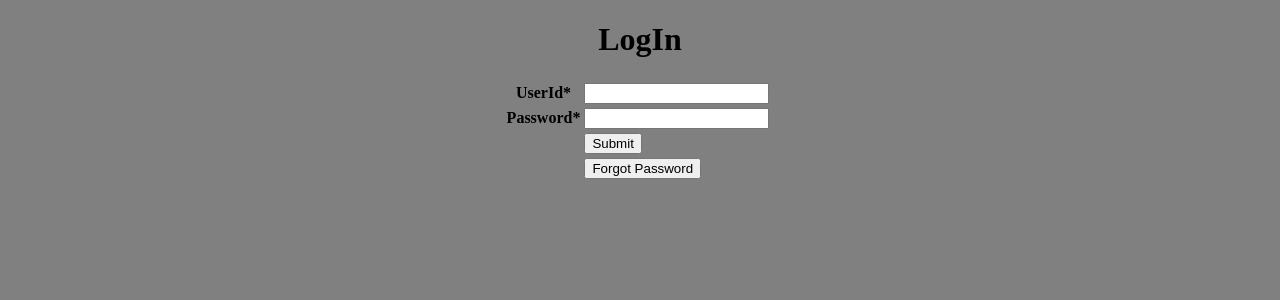
Repository: raviraj226/AdvanceJava
Page: http://localhost/Ravi_Maven/LoginWeb.jsp
An editor plug-in stored every save of this project. The page is shown before and after the next save, followed by the edit.
The browser window is 1280 px wide. The pictures show the whole page.
The page is served by Tomcat 9.

Above is the page before, as saved 2022-03-16 07:24:40.

After the next save:
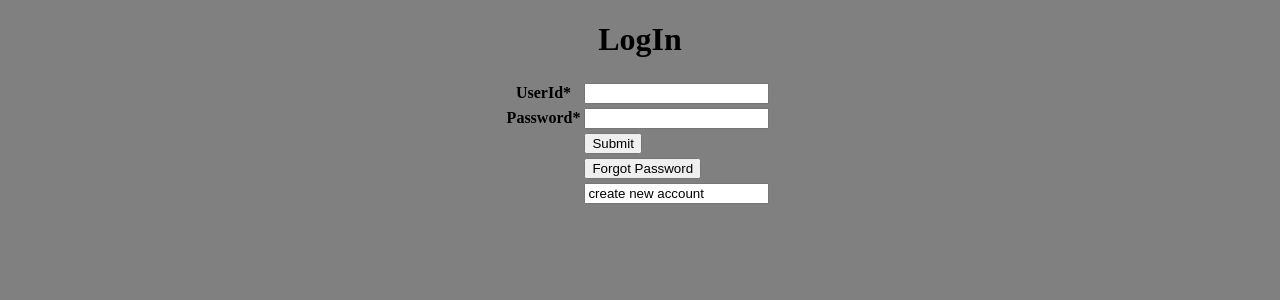
Saved 3 min 9 s later.
--- a/Advance Java/Ravi_Maven/src/main/webapp/LoginWeb.jsp
+++ b/Advance Java/Ravi_Maven/src/main/webapp/LoginWeb.jsp
@@ -62,7 +62,10 @@
 				<th></th>
 				<td><input type="submit" value="Forgot Password"></td>
 			</tr>
-
+			<tr>
+			<th></th>
+			<td><a href="RegistrationForm.jsp"><input type="new account" value="create new account"></a>
+               </td></tr>
 
 		</table>
 	</form>
